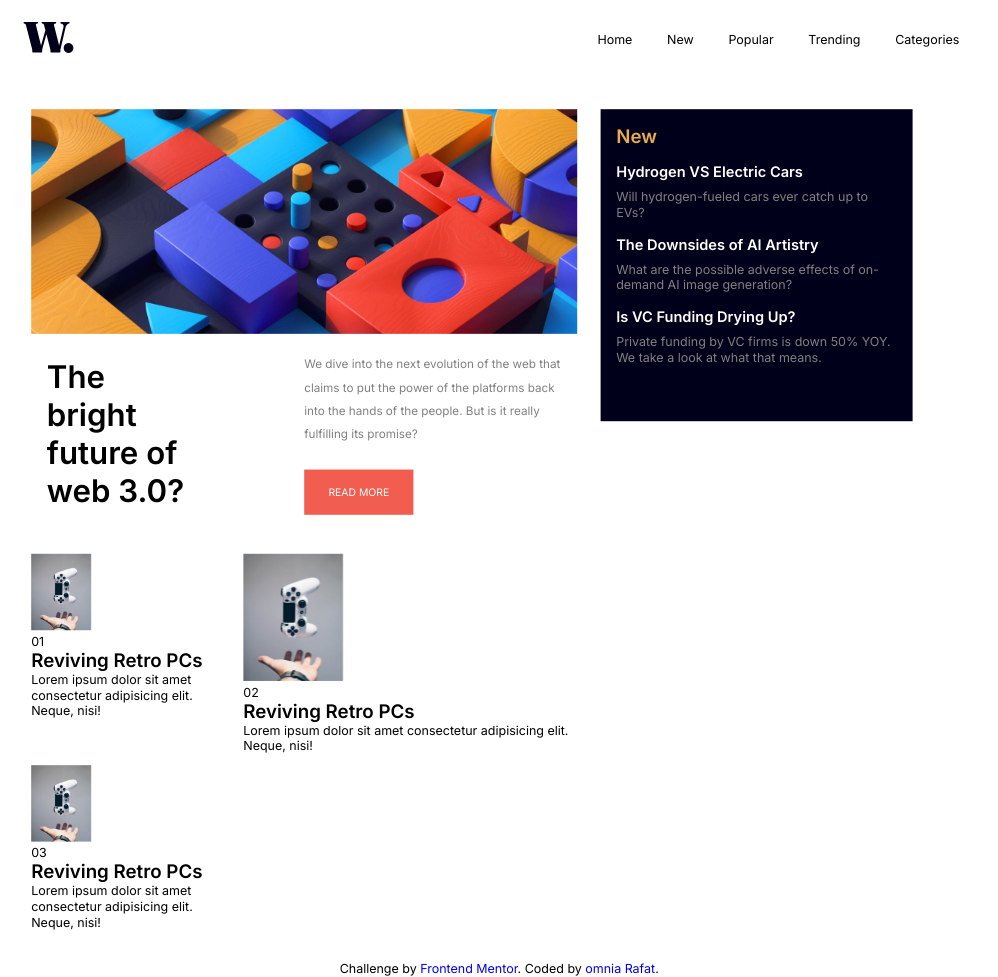
Repository: OmniaRafat232111121/HomePage
Page: index.html
These files come from the project's save history. The page is drawn as it stood at one moment and after the next save; the edit follows.
The browser window is 1280 px wide. The pictures show the whole page, at 78% of full size.

Above is the page before, as saved 2022-12-17 17:33:04.

After the next save:
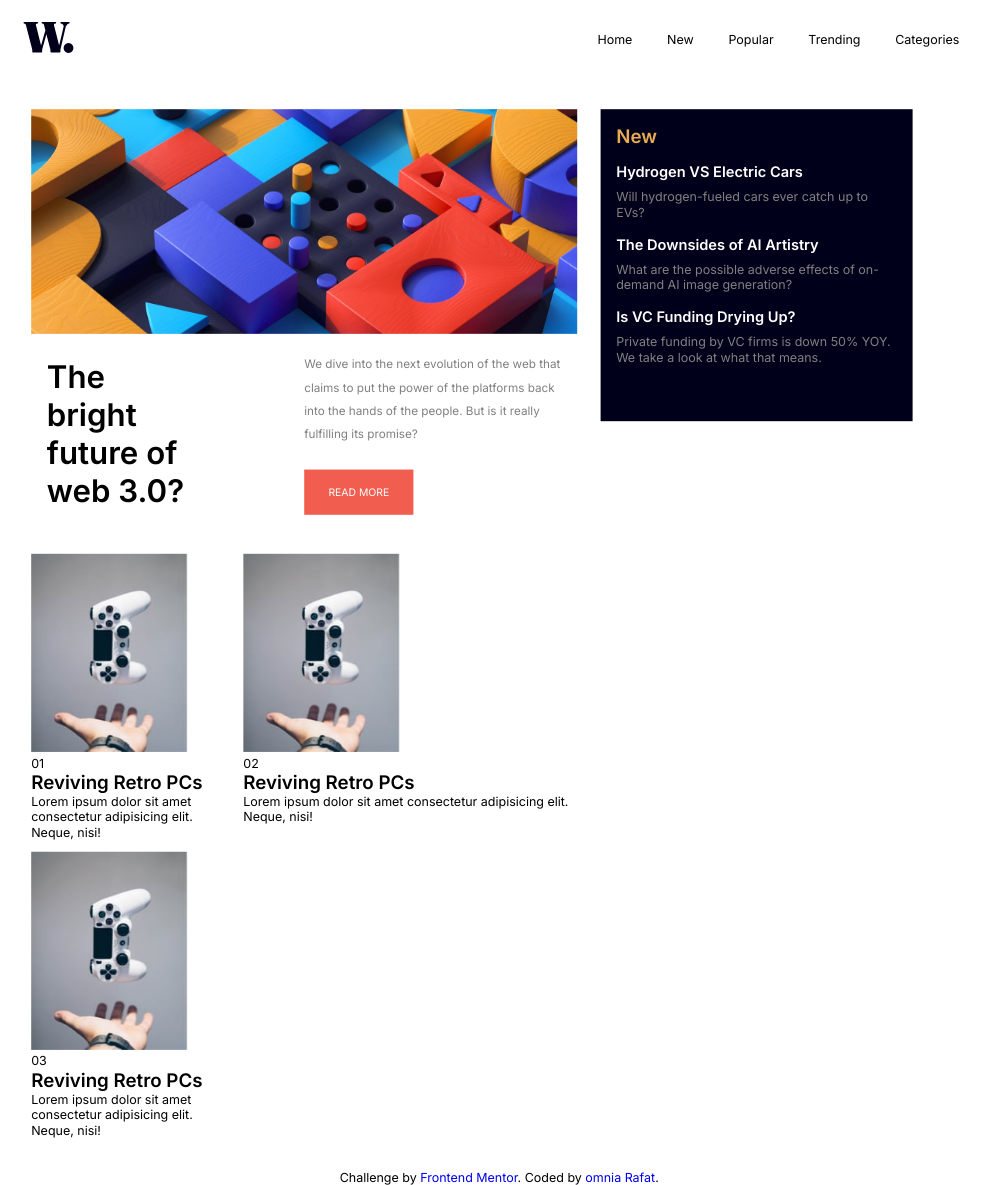
Saved 12 s later.
--- a/style.css
+++ b/style.css
@@ -113,5 +113,5 @@
 }
 .product .image img{
     max-width: 100%;
-    width:30% ;
+
 }

After the save that followed:
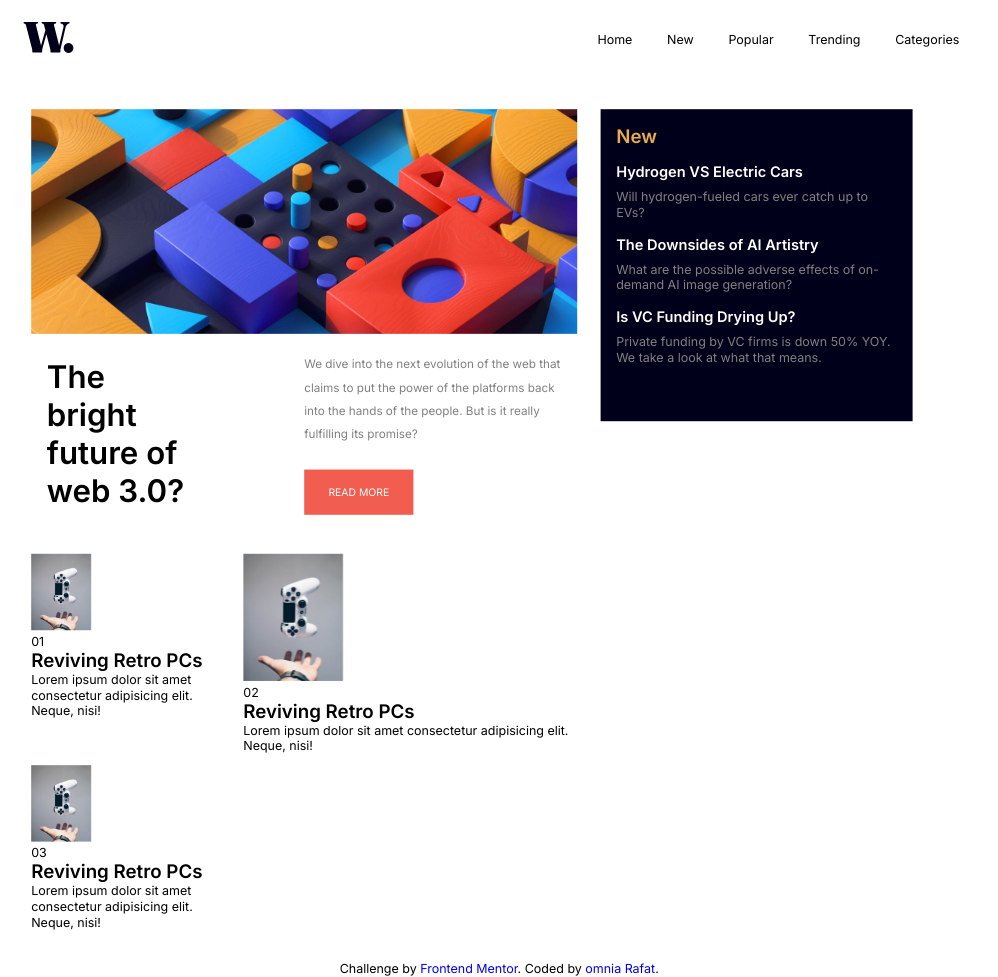
Saved 5 s later.
--- a/style.css
+++ b/style.css
@@ -113,5 +113,5 @@
 }
 .product .image img{
     max-width: 100%;
-
+    width:30% ;
 }
